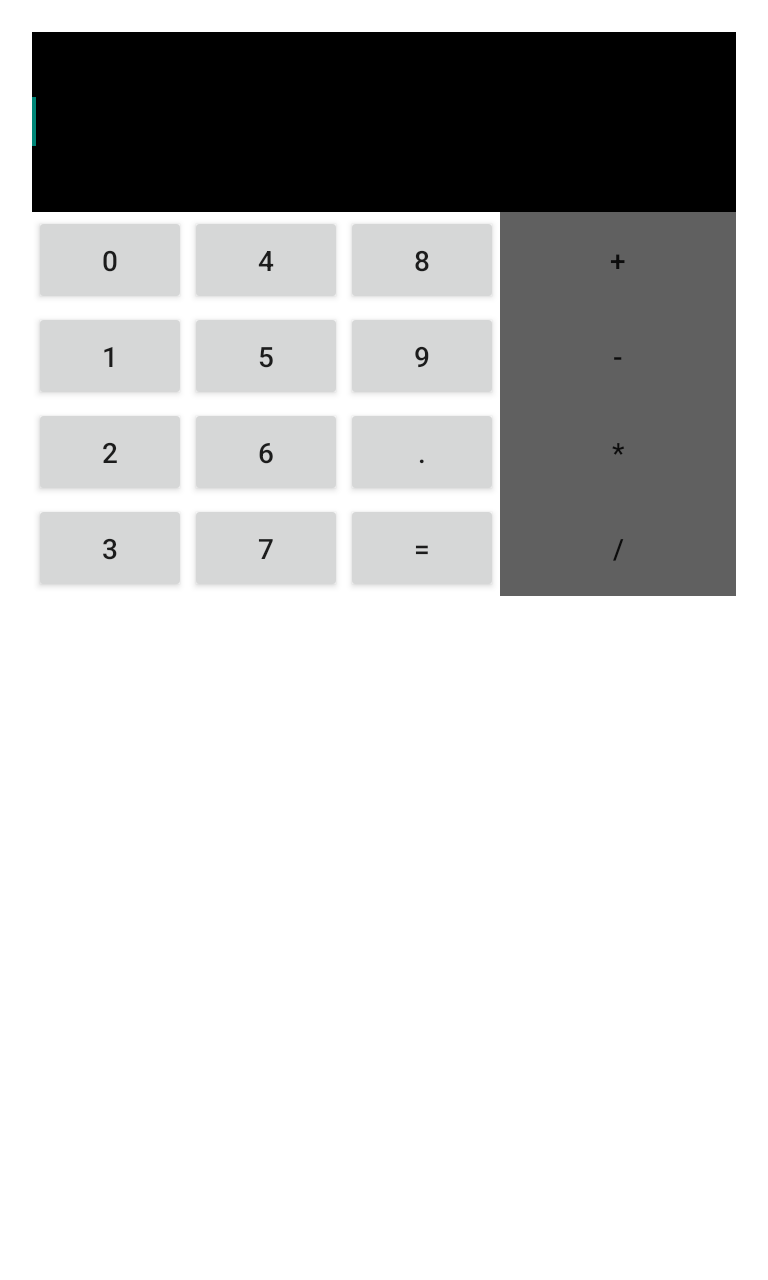
Repository: roopasree/new-pgm
Layout: Newapp/res/layout/ctivity3_main.xml
The author's editor kept a copy of each file at every save. The layout is drawn from the files as they stood at one save, then again after the next save.
It is drawn on a 768 x 1280 px phone screen (xhdpi) without system bars, with theme AppTheme; the app's code is not run.

Above is the layout before, as saved 2015-02-16 05:52:44.

After the next save:
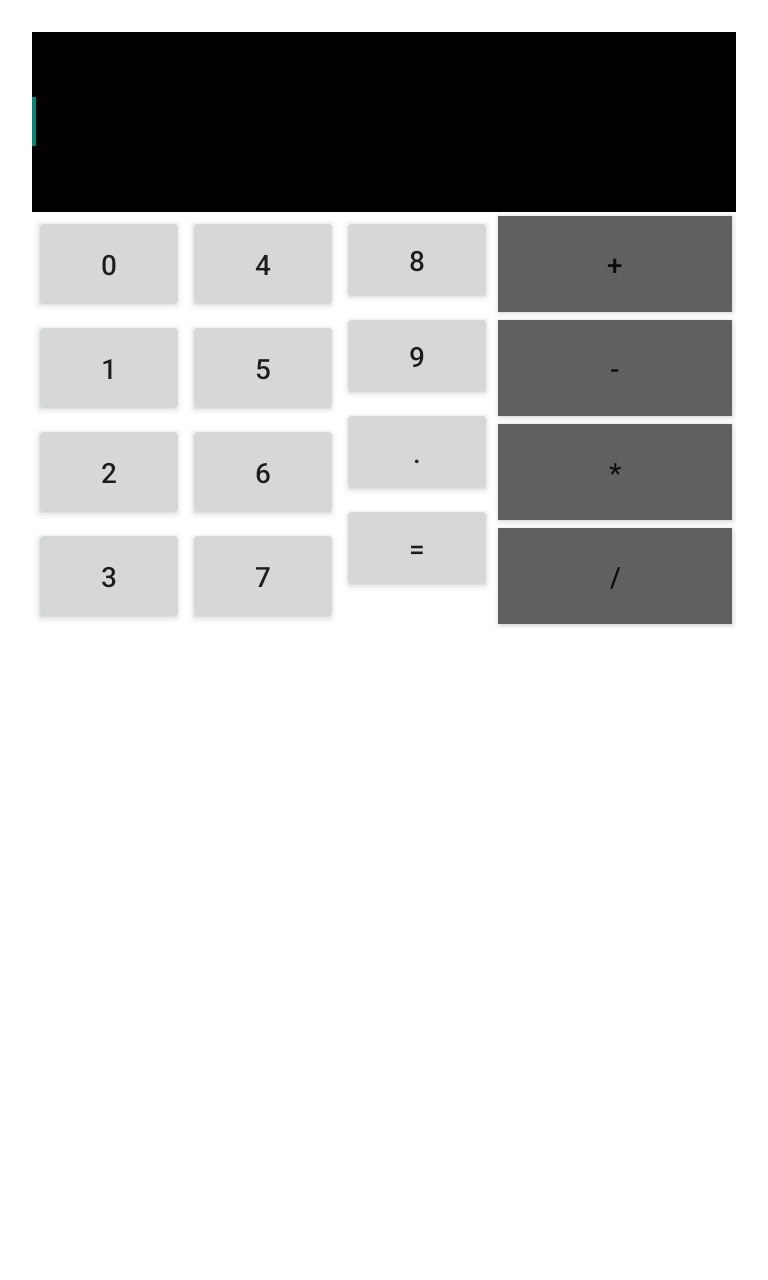
Saved 29 s later.
--- a/Newapp/res/layout/ctivity3_main.xml
+++ b/Newapp/res/layout/ctivity3_main.xml
@@ -153,24 +153,28 @@
                 android:layout_width="match_parent"
                 android:layout_height="wrap_content"
                 android:background="#606060"
+                android:layout_margin="2dp"
                 android:text="+" />
 
             <Button
-                android:id="@+id/button14"
+                android:id="@+id/button14"                android:layout_margin="2dp"
+
                 android:layout_width="match_parent"
                 android:layout_height="wrap_content"
                 android:background="#606060"
                 android:text="-" />
 
             <Button
-                android:id="@+id/button15"
+                android:id="@+id/button15"                android:layout_margin="2dp"
+
                 android:layout_width="match_parent"
                 android:layout_height="wrap_content"
                 android:background="#606060"
                 android:text="*" />
 
             <Button
-                android:id="@+id/button16"
+                android:id="@+id/button16"                android:layout_margin="2dp"
+
                 android:layout_width="match_parent"
                 android:layout_height="wrap_content"
                 android:background="#606060"
